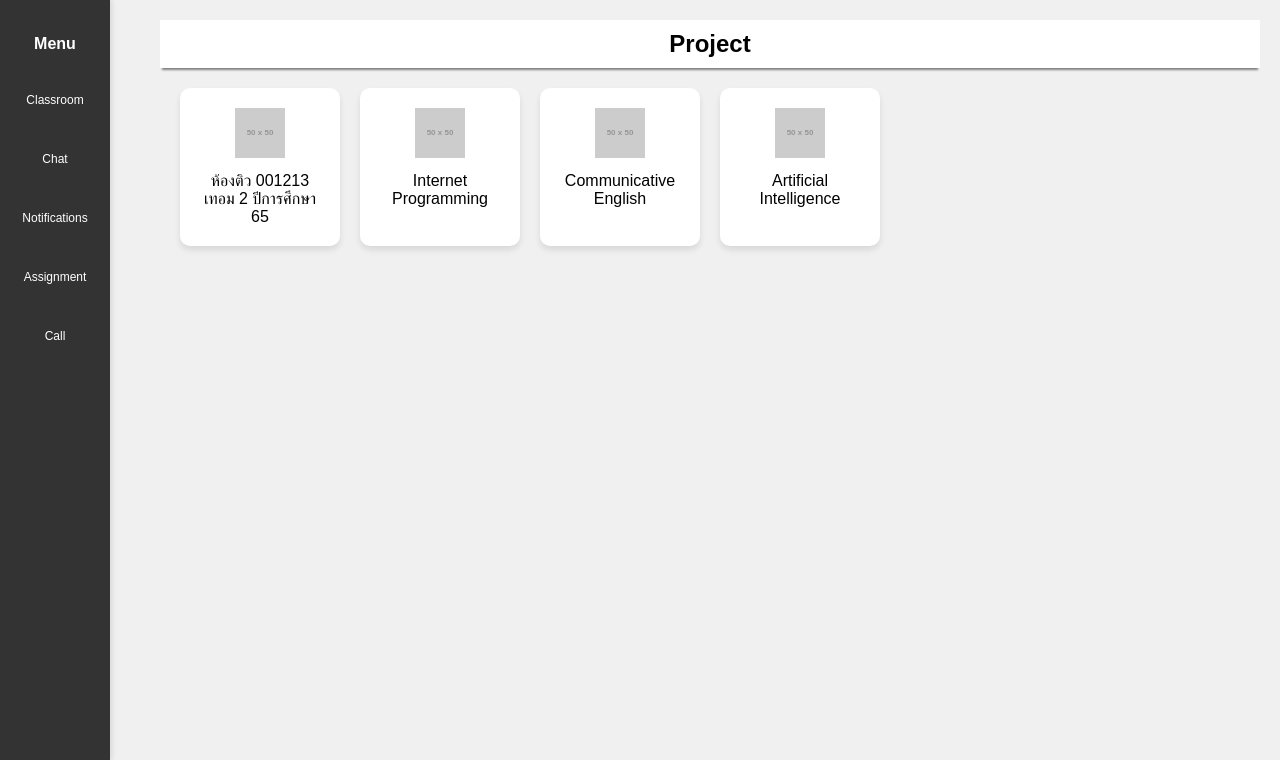
Repository: praifas16/ProPro
Page: docs/studenthead.html
An editor plug-in stored every save of this project. The page is shown before and after the next save, followed by the edit.
The browser window is 1280 px wide. The pictures show the whole page.

Above is the page before, as saved 2024-08-21 20:19:04.

### docs/studenthead.html
<!DOCTYPE html>
<html lang="th">
  <head>
    <meta charset="UTF-8" />
    <meta name="viewport" content="width=device-width, initial-scale=1.0" />
    <title>My Dashboard</title>
    <style>
      body {
        font-family: Arial, sans-serif;
        margin: 0;
        padding: 0;
        background-color: #f0f0f0;
        display: flex;
      }

      /* เมนูแถบข้าง */
      .sidebar {
        width: 70px;
        background-color: #333;
        color: white;
        height: 100vh;
        padding: 20px 20px;
        box-shadow: 2px 0 5px rgba(0, 0, 0, 0.1);
        display: flex;
        flex-direction: column;
        align-items: center;
      }

      .menu-header {
        margin-top: 15px; /* ขยับคำว่า Menu ลง */
        margin-bottom: 25px; /* เว้นระยะห่างจากเมนูด้านล่าง */
        font-size: 16px;
        font-weight: bold;
      }

      .menu-items {
        margin-top: 0px; /* เพิ่มระยะห่างด้านบน เพื่อให้ตรงกับบ็อกสี่เหลี่ยม */
      }

      .sidebar a {
        display: flex;
        flex-direction: column;
        align-items: center;
        color: white;
        padding: 10px;
        text-decoration: none;
        margin-bottom: 20px;
        font-size: 12px;
        text-align: center;
      }

      .sidebar a:hover {
        background-color: #5f5f5f;
        border-radius: 4px;
        width: 80%;
        text-align: center;
      }

      .sidebar i {
        font-size: 24px;
        margin-bottom: 5px;
      }

      /* โครงสร้างหน้าเว็บหลัก */
      .main-content {
        flex-grow: 1;
        padding: 20px 20px 20px 50px; /* เพิ่ม padding ด้านซ้ายเพื่อให้เนื้อหาหลักอยู่ในระนาบเดียวกัน */
      }

      header {
        background-color: #ffffff;
        padding: 10px;
        text-align: center;
        box-shadow: 0px 4px 2px -2px gray;
      }

      h1 {
        margin: 0;
        font-size: 24px;
      }

      .container {
        display: grid;
        grid-template-columns: repeat(auto-fill, minmax(150px, 1fr));
        gap: 20px;
        padding: 20px;
      }

      .card {
        background-color: #ffffff;
        border-radius: 10px;
        box-shadow: 0 4px 6px rgba(0, 0, 0, 0.1);
        text-align: center;
        padding: 20px;
        transition: transform 0.3s;
      }

      .card:hover {
        transform: scale(1.05);
      }

      .card img {
        width: 50px;
        height: 50px;
        margin-bottom: 10px;
      }

      .card p {
        margin: 0;
        font-size: 16px;
      }
    </style>
  </head>
  <body>
    <!-- เมนูแถบข้าง -->
    <div class="sidebar">
      <div class="menu-header">Menu</div>
      <div class="menu-items">
        <a href="#"><i class="fa fa-chalkboard-teacher"></i><span>Classroom</span></a>
        <a href="#"><i class="fa fa-comments"></i><span>Chat</span></a>
        <a href="#"><i class="fa fa-bell"></i><span>Notifications</span></a>
        <a href="#"><i class="fa fa-tasks"></i><span>Assignment</span></a>
        <a href="#"><i class="fa fa-phone"></i><span>Call</span></a>
      </div>
    </div>

    <!-- เนื้อหาหลัก -->
    <div class="main-content">
      <header>
        <h1>Project</h1>
      </header>
      <div class="container">
        <div class="card">
          <img src="https://via.placeholder.com/50" alt="icon" />
          <p>ห้องติว 001213 เทอม 2 ปีการศึกษา 65</p>
        </div>
        <div class="card">
          <img src="https://via.placeholder.com/50" alt="icon" />
          <p>Internet Programming</p>
        </div>
        <div class="card">
          <img src="https://via.placeholder.com/50" alt="icon" />
          <p>Communicative English</p>
        </div>
        <div class="card">
          <img src="https://via.placeholder.com/50" alt="icon" />
          <p>Artificial Intelligence</p>
        </div>
        <!-- เพิ่มเติม Card อื่น ๆ ตามต้องการ -->
      </div>
    </div>
  </body>
</html>

After the next save:
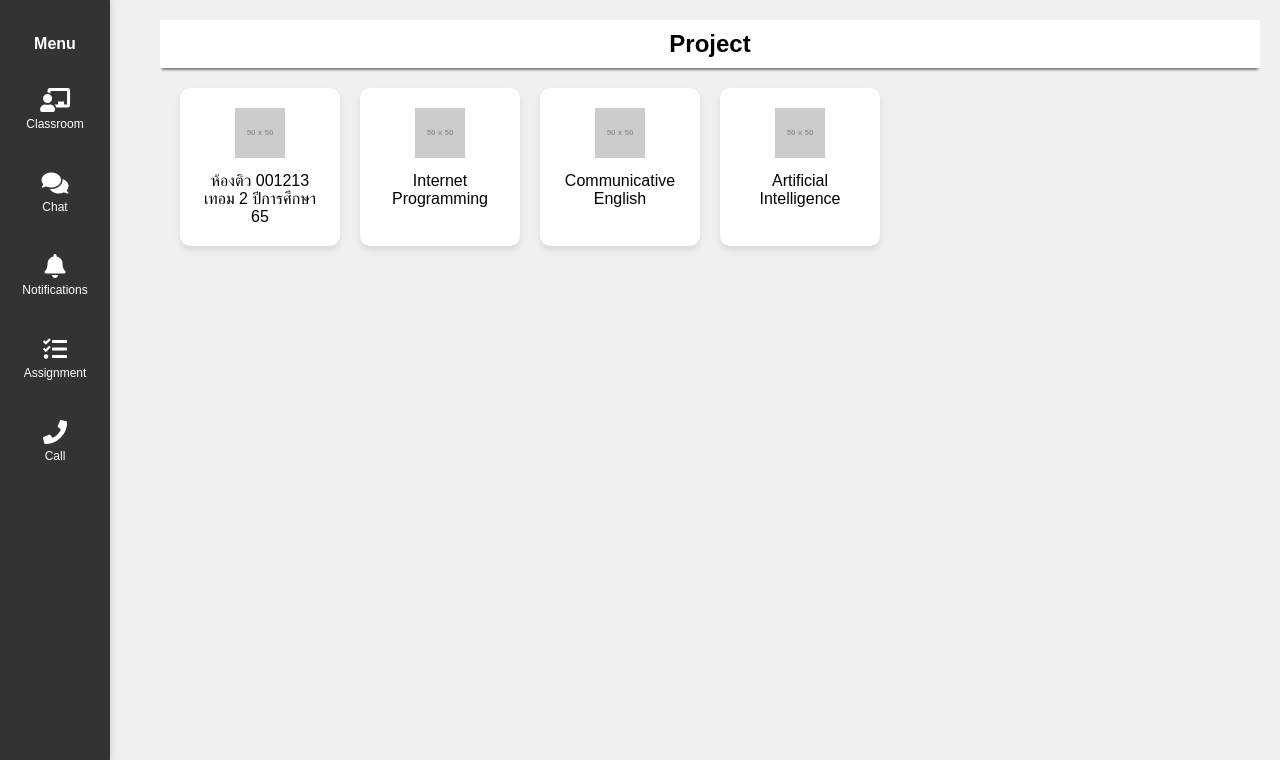
Saved 22 s later.
--- a/docs/studenthead.html
+++ b/docs/studenthead.html
@@ -1,6 +1,7 @@
 <!DOCTYPE html>
 <html lang="th">
   <head>
+    <link rel="stylesheet" href="https://cdnjs.cloudflare.com/ajax/libs/font-awesome/5.15.4/css/all.min.css">
     <meta charset="UTF-8" />
     <meta name="viewport" content="width=device-width, initial-scale=1.0" />
     <title>My Dashboard</title>
@@ -116,7 +117,9 @@
     <div class="sidebar">
       <div class="menu-header">Menu</div>
       <div class="menu-items">
-        <a href="#"><i class="fa fa-chalkboard-teacher"></i><span>Classroom</span></a>
+        <a href="#"
+          ><i class="fa fa-chalkboard-teacher"></i><span>Classroom</span></a
+        >
         <a href="#"><i class="fa fa-comments"></i><span>Chat</span></a>
         <a href="#"><i class="fa fa-bell"></i><span>Notifications</span></a>
         <a href="#"><i class="fa fa-tasks"></i><span>Assignment</span></a>
